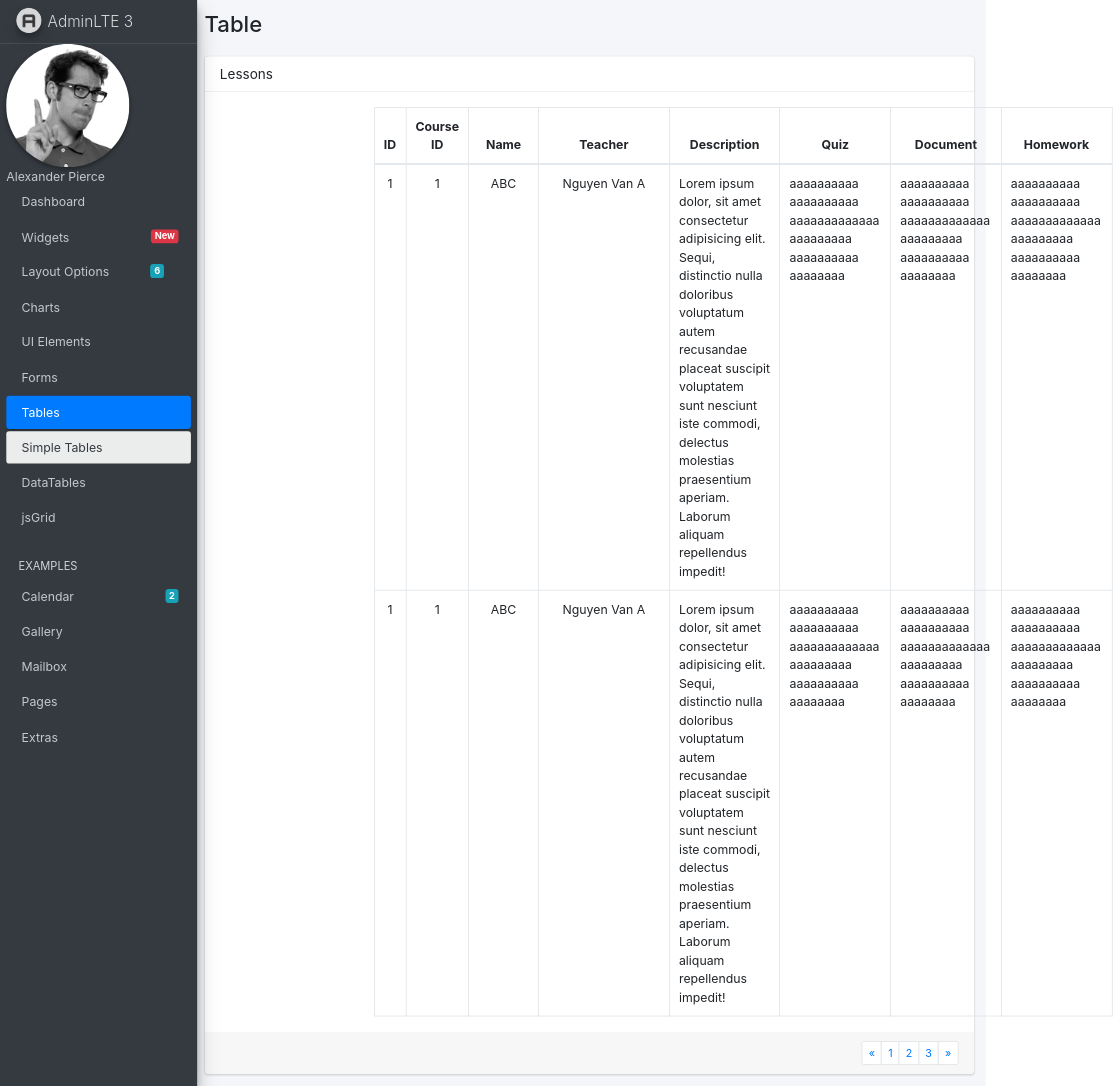
Repository: huyennvo/table
Page: http://localhost/table/lessons
An editor plug-in stored every save of this project. The page is shown before and after the next save, followed by the edit.
The browser window is 1280 px wide. The page is 1445 px wide, then 1280 px, so the pictures cover 1445 px, including what lies to the right of the window. The pictures show the whole page, at 77% of full size.
Some web fonts or font styles are not loaded; a fallback is used. The page is served by the project's Laravel application, run on PHP 8.4 with Laravel 8.

Above is the page before, as saved 2022-08-11 21:44:06.

After the next save:
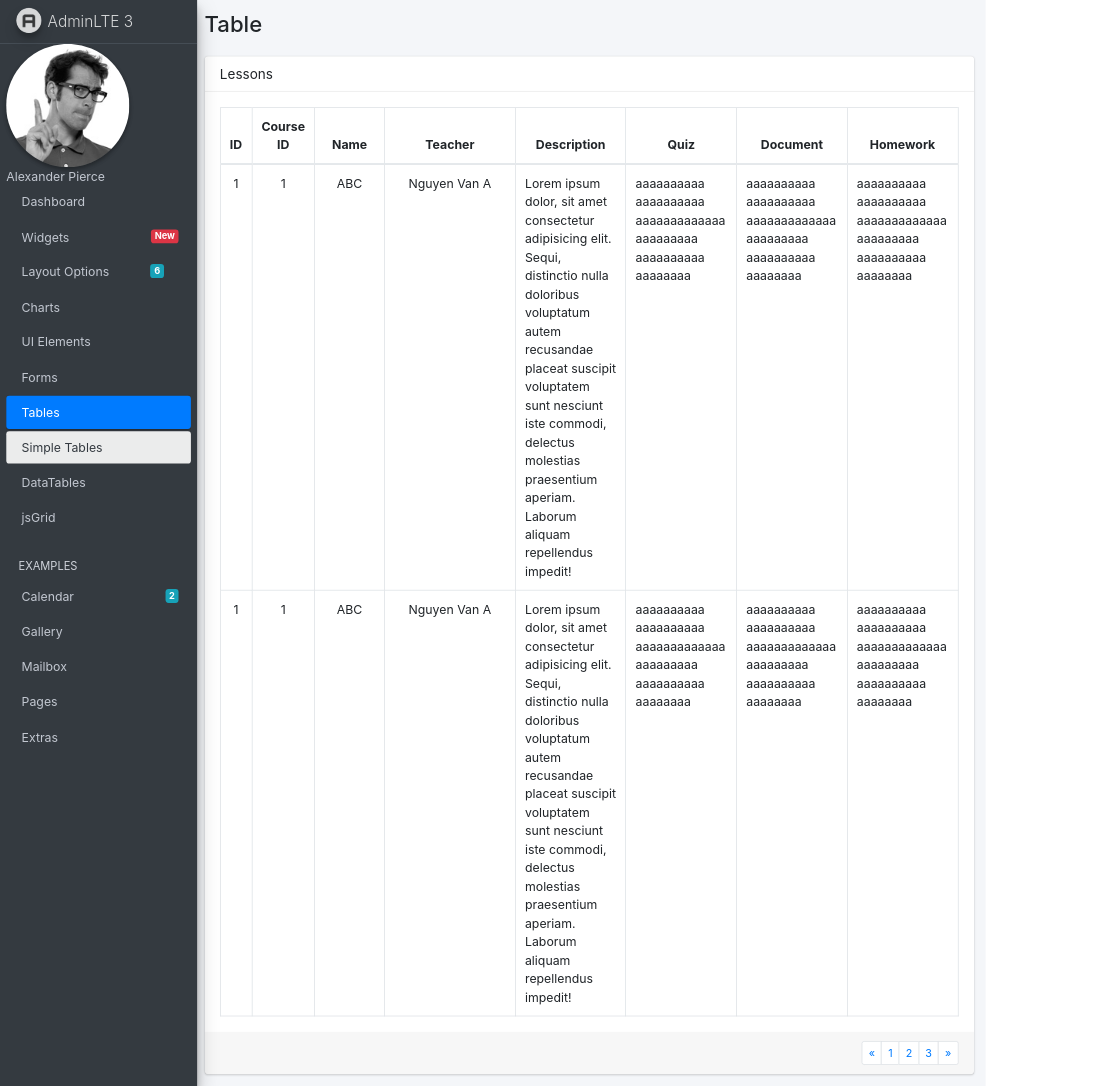
Saved 28 s later.
--- a/public/css/style.css
+++ b/public/css/style.css
@@ -18,7 +18,6 @@
 
 table {
     position: relative;
-    margin-left: 200px;
 }
 
 .table-scroll {
@@ -30,7 +29,6 @@
 
 .table-main .fix-col1 {
     position: fixed;
-    left: -50px;
 }
 
 .table-main .fix-col2 {
